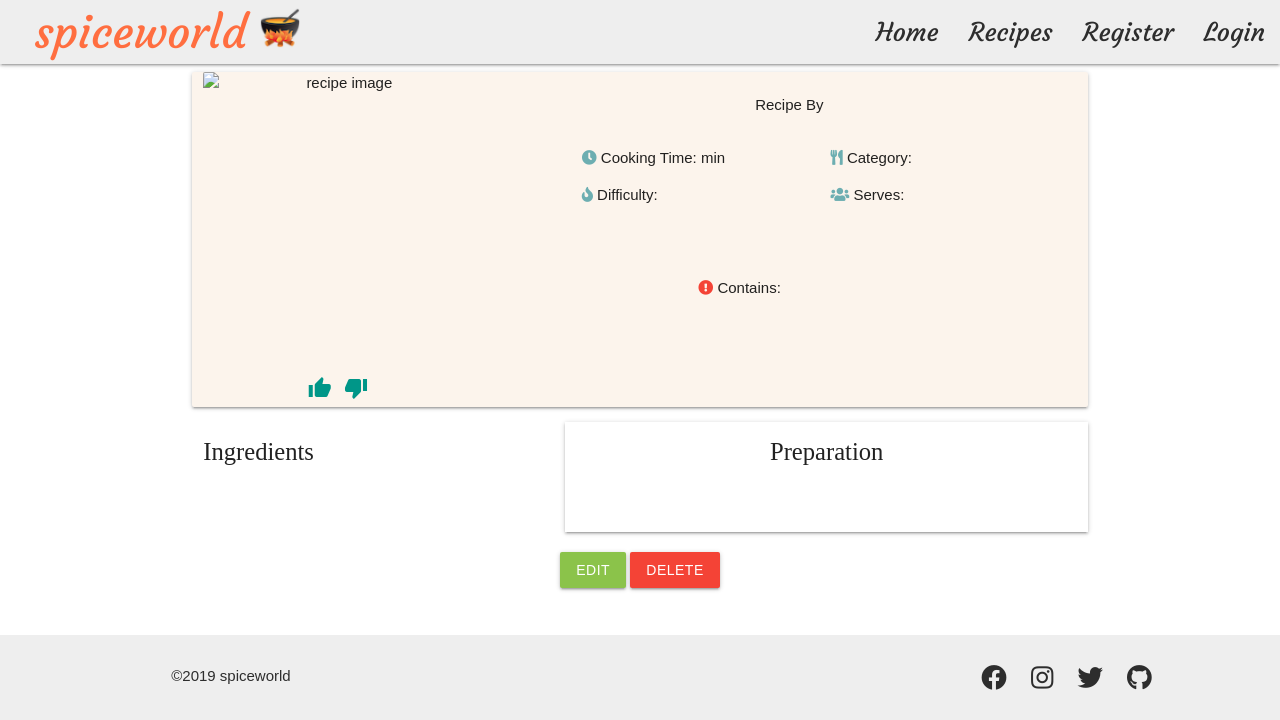
Repository: stephyraju/spiceworld
Page: templates/view.html
The author's editor kept a record of every edit. The page is drawn from the files as they stood at one moment, then again after the next edit.
The browser window is 1280 px wide. The pictures show the whole page.
Some icons come from a web library that is not loaded, so they are not drawn. Some web libraries are served in a nearby version. The page is served by the project's application, run on Flask 3 (app.py). The template is opened directly, without the code that normally fills it, so the values that code supplies are empty.

Above is the page before.

### templates/view.html
{% extends 'base.html' %} {% block content %}
<section class="view-recipe">
    <div class="container recipe-view">
        <div class="row card recipe-card">
            <div class="col s12 l4 center-align card-image">
                <img height="400" width="375" src="{{recipe.image_url}}" alt="recipe image" class="responsive-img materialboxed">
                <a href="{{ url_for('like_recipe', recipe_id=recipe._id) }}" class="like-dis">
                            {{ recipe.likes }}
                            <i class="material-icons teal-text stat-icon">thumb_up</i>
                        </a>
                <a href="{{ url_for('dislike_recipe', recipe_id=recipe._id) }}" class="like-dis">
                            {{ recipe.dislikes }}
                            <i class="material-icons teal-text stat-icon">thumb_down</i>
                   </a>
                   {% with messages = get_flashed_messages() %} {% if messages %} {% for message in messages %}
        <p class="error_message orange-text">{{ message }}</p>
        {% endfor %} {% endif %} {% endwith %}
            </div>
            <div class="col s12 l8 center-align">
                <div class="recipe-header">
                    <h4>{{recipe.recipe_name}}</h4>
                </div>
                <div class="author">
                    <p>Recipe By <span class="icon-color" style="text-transform:capitalize;">{{recipe.author}}</span></p>
                </div>
                <div class="author">
                <p><span class="icon-color">{{recipe.cuisine}}</span></p>
                 </div>
                <div class="row ">
                    <div class="col s5 offset-s1 left-align">
                        <div>
                            <p> <i class="fas fa-clock icon-color"></i> Cooking Time: <span>{{recipe.cooking_time}}</span> min
                            </p>
                        </div>

                        <div>
                            <p> <i class="fas fa-fire icon-color"> </i> Difficulty:
                                <span class="">{{recipe.difficulty}}</span>
                            </p>
                        </div>
                    </div>
                    <div class="col s5 left-align">
                        <div>
                            <p> <i class="fas fa-utensils icon-color"></i> Category: <span class="">{{recipe.category_name}}</span>
                            </p>
                        </div>
                        <div>
                            <p> <i class="fas fa-users icon-color"></i> Serves:
                                <span class="">{{recipe.serves}}</span>
                            </p>
                        </div>
                    </div>
                </div>
                <div class="row">
                    <div class="col s12 recipe-description">
                        <p><span class="">{{recipe.description}}</span>
                    </div>
                </div>
                <div class="row">
                    <div class="col s10 ">
                        <i class="fas fa-exclamation-circle red-text"></i> Contains: <span class="">{{recipe.allergens}}</span>
                    </div>
                </div>
            </div>
        </div>
    </div>
</section>
<section id="Ingredients-Preparation">
    <div class="container">
        <div class="row">
            <!-- ingredients -->
            <div class="col s12 m4 offset-s1 ingredients">
                <div class="row">
                    <div class="col s12 ingredients">
                        <h5>Ingredients</h5>
                        <br>
                        <ul>
                            {% for ingredient in recipe.ingredients %}
                            <li>
                                {{ ingredient }}
                            </li>

                            {% endfor %}
                        </ul>
                    </div>
                </div>
            </div>
            <!-- Preparation -->
            <div class="col s12 offset-m1  m7 preparation z-depth-1">
                <div class="row">
                    <div class="col s12">
                        <h5 class="center">Preparation</h5>
                        <br>
                        <ol>
                            {% for preparation in recipe.preparation %}
                            <li>
                                {{ preparation }}
                            </li>
                            {% endfor %}
                        </ol>
                    </div>
                </div>
            </div>
        </div>
    </div>
    </div>
    </div>
</section>
<section>
    <div class="row center container">
        {% if session['username'] == recipe.author %}
        <a href="{{ url_for('edit_recipe',recipe_id=recipe._id) }}" class="waves-effect waves-light btn light-green">Edit</a>
        <a href="#delete_recipe" class="waves-effect waves-light btn red modal-trigger">DELETE</a>
        <div id="delete_recipe" class="modal">
            <div class="modal-content center-align">
                <h5>Do you want to delete this recipe?</h5>
                <a href="{{ url_for('delete_recipe', recipe_id = recipe._id) }}" class="btn btn red modal-close">Delete</a>
                <a href="#" class="btn btn black modal-close">Cancel</a>
            </div>
        </div>
        {% else %}
        <a class="btn grey darken-2 tooltipped" data-position="bottom" data-tooltip="You can only edit your own recipe">EDIT</a>
        <a class="btn grey darken-2 tooltipped" data-position="bottom" data-tooltip="You can only delete your own recipe">DELETE</a> {% endif %}
    </div>
</section>
{% endblock %}
<!--   <div class="row center container">
      <a href="{{ url_for('edit_recipe',recipe_id=recipe._id) }}"class="waves-effect waves-light btn light-green">Edit</a>

        <a href="{{ url_for('delete_recipe',recipe_id=recipe._id) }}"class="waves-effect waves-light btn light-green">Delete</a>
        <a class="waves-effect waves-light btn right red"> <i class="fa fa-thumbs-up"></i></a>
    </div>
     -->

<!--{% if session['username'] == recipe.username %}
    <div class="row center container">
        <a href="{{ url_for('edit_recipe',recipe_id=recipe._id) }}"class="waves-effect waves-light btn light-green">Edit</a>
        <a href="{{ url_for('delete_recipe', recipe_id = recipe._id) }}" class="btn btn red modal-close">Delete</a>
        <div class="center">
               <div id="delete_recipe" class="modal">
             <div class="modal-content center-align">
            <h4>CONFIRM DELETE</h4>
            <a href="{{ url_for('delete_recipe', recipe_id = recipe._id) }}" class="btn btn--red modal-close">Delete</a>
            <a href="#" class="btn btn black modal-close">Cancel</a>
        </div>
        {% endif %}
        <a class="waves-effect waves-light btn right red"> <i class="fa fa-thumbs-up"></i></a>
    </div>
</section>
__>
{% if recipe.author == username %}
    <div class="row center container">
        <a href="{{ url_for('edit_recipe',recipe_id=recipe._id) }}"class="waves-effect waves-light btn light-green">Edit</a>
        <a href="{{ url_for('delete_recipe', recipe_id = recipe._id) }}" class="btn btn red modal-close">Delete</a>
        <div class="center">
               <div id="delete_recipe" class="modal">
             <div class="modal-content center-align">
            <h4>CONFIRM DELETE</h4>
            <a href="{{ url_for('delete_recipe', recipe_id = recipe._id) }}" class="btn btn--red modal-close">Delete</a>
            <a href="#" class="btn btn black modal-close">Cancel</a>
        </div>
        {% endif %}
        <a class="waves-effect waves-light btn right red"> <i class="fa fa-thumbs-up"></i></a>
    </div>

### templates/base.html
<!DOCTYPE html>
<html lang="en">

<head>
  <meta charset="UTF-8">
  <meta name="viewport" content="width=device-width, initial-scale=1.0">
  <meta http-equiv="X-UA-Compatible" content="ie=edge">
  <title>spiceworld</title>

  <!--Import Google Icon Font-->
  <link href="https://fonts.googleapis.com/icon?family=Material+Icons" rel="stylesheet">
  <!--Font Awesome-->
  <link rel="stylesheet" href="https://use.fontawesome.com/releases/v5.8.2/css/all.css" integrity="sha384-oS3vJWv+0UjzBfQzYUhtDYW+Pj2yciDJxpsK1OYPAYjqT085Qq/1cq5FLXAZQ7Ay" crossorigin="anonymous">
  <!--Materialize CSS-->
  <link rel="stylesheet" href="https://cdnjs.cloudflare.com/ajax/libs/materialize/1.0.0/css/materialize.min.css">
   <!--Favicon-->
  <link rel="icon" sizes="192x192"  href="{{ url_for('static', filename='images/favicon.png') }}"type="image/x-icon">
  <!--CSS-->
  <link rel="stylesheet" href="{{ url_for('static', filename='css/style.css')}}" type="text/css" />

</head>

<body>

  <!--Header-->
  <header class="navbar-fixed">
    <nav>
      <div class="nav-wrapper grey lighten-3">
        <a href="#" class="brand-logo">spiceworld <img class="hide-on-med-and-down" src="{{ url_for('static', filename='images/logo.png') }}"></a>
        <a href="#" data-target="mobile-sidenav" class="sidenav-trigger"><i class="fas fa-bars"></i></a>
        <ul id="nav-mobile" class="right hide-on-med-and-down">
        {% if 'username' in session %}
          <li><a href="{{ url_for('index') }}">Home</a></li>
          <li><a href="{{ url_for('get_recipes') }}">Recipes</a></li>
          <li><a href="{{ url_for('add_recipe') }}">Add Recipes</a></li>
          <li><a href="{{ url_for('account', account_name = session.username) }}">My Account</a></li>
          <li><a href="{{url_for('logout')}}">Logout</a></li>
          {% else %}
          <li><a href="{{ url_for('index') }}">Home</a></li>
          <li><a href="{{ url_for('get_recipes') }}">Recipes</a></li>
           <li><a href="{{url_for('register')}}">Register</a></li>
          <li><a href="{{url_for('login')}}">Login</a></li>
          {% endif %}
        </ul>
      </div>
    </nav>
  </header>
  <!--Sidenav-->
  <ul class="sidenav" id="mobile-sidenav">
    <img class="responsive-img" src="{{ url_for('static', filename='images/sidenav.png') }}" alt="spices-image">

          {% if 'username' in session %}
          <li><a href="{{ url_for('index') }}"><i class="material-icons">home</i>Home</a></li>
          <li><a href="{{ url_for('get_recipes') }}"><i class="material-icons">search</i>Recipes</a></li>
          <li><a href="{{ url_for('add_recipe') }}"><i class="material-icons">add_box</i>Add Recipes</a></li>
          <li><a href="{{url_for('logout')}}"><i class="material-icons">person_outline</i>Logout</a></li>
          {% else %}
          <li><a href="{{ url_for('index') }}"><i class="material-icons">home</i>Home</a></li>
          <li><a href="{{ url_for('get_recipes') }}"><i class="material-icons">search</i>Recipes</a></li>
          <li><a href="{{url_for('register')}}"><i class="material-icons">person_add</i>Register</a></li>
          <li><a href="{{url_for('login')}}"><i class="material-icons">account_box</i>Login</a></li>
          {% endif %}
  </ul>

  <main>
    {% block content %}
    {% endblock %}
  </main>

  <footer class="page-footer grey lighten-3">

     <div class="row footer-content">
        <div class="col s5 m6">
          <div class="copyright">&copy;2019 spiceworld</div>
        </div>
        <div class="col s7 m3">
                    <a href="https://www.facebook.com/" target="_blank"><i class="fab fa-facebook social-icon"></i></a>
                    <a href="https://www.instagram.com/" target="_blank"><i class="fab fa-instagram social-icon"></i></a>
                    <a href="https://www.twitter.com/" target="_blank"><i class="fab fa-twitter social-icon"></i></a>
                    <a href="https://github.com/stephyraju" target="_blank"><i class="fab fa-github social-icon"></i></a>
        </div>

      </div>

  </footer>

  <script src="https://code.jquery.com/jquery-3.4.0.slim.js" integrity="sha256-milezx5lakrZu0OP9b2QWFy1ft/UEUK6NH1Jqz8hUhQ=" crossorigin="anonymous"></script>
  <script src="https://cdnjs.cloudflare.com/ajax/libs/materialize/1.0.0/js/materialize.min.js"></script>
  <script src="{{ url_for('static', filename='js/main.js') }}"></script>
</body>

</html>

### static/css/style.css
@import url('https://fonts.googleapis.com/css?family=Courgette&display=swap');

body {
  font-family: 'ProximaNova Regular', sans-serif;
  display: flex;
  flex-direction: column;
  min-height: 100vh;
  overflow-x: hidden;
}
main {
    flex: 1 0 auto;
  }

.section-container {
  max-width: 100%;
  margin-left: auto;
  margin-right: auto;
  padding-left: 15px;
  padding-right: 15px;
  border-radius: 5px;
}

/* -------- Nav Bar ----------*/

nav {
  font-family: 'Courgette', 'sans-serif';
}

nav .brand-logo {
  color: #ff6e40;
  font-size: 3rem;
  font-family: 'Courgette', 'cursive', 'sans-serif';
  -webkit-transition: 0.2s;
  -o-transition: 0.2s;
  transition: 0.2s;
}

@media screen and (min-width: 993px) {
  nav .brand-logo {
    margin-left: 2.3rem;
  }
}

nav ul a {
  color: #2d2d2d;
  font-size: 1.7rem;
  font-family: 'Courgette', 'sans-serif';
}

nav ul a:hover,
nav ul .active {
  color: #76c14f;
}

.fa-bars {
  color: #ff6e40;
}

h4,
h5 {
  font-family: 'Muli', 'sans-serif';
}

/*--------Title----------*/

.title-container {
  position: relative;
  text-align: center;
  color: white;
  width: 100%;
  margin-top: 20px;
}

.title-container img {
  display: block;
  width: 100%;
  height: 35vh;
  object-fit: cover;
  border-radius: 5px;
}

.intro-content {
  position: absolute;
  top: 40%;
  left: 70%;
  transform: translate(-50%, -50%);
}

/*--------Subnav-Category---------*/

.category-container {
  font-size: 1.2rem;
  margin-top: 20px;
  height: 150px;
}

.subnav-img {
  border-radius: 50%;
  width: 100px;
  height: 100px;
  padding-top: 7px;
  padding-left: 5px;
  padding-right: 5px;
}

.category-container .menu-list {
  display: flex;
  justify-content: space-between;
}

.category-container nav ul a {
  color: #2d2d2d;
  font-size: 1.1rem;
  font-family: 'Muli', 'sans-serif';
}

.menu-list {
  overflow-y: scroll;
}

@media only screen and (min-width: 601px) {
  .catergory-container nav,
  nav .nav-wrapper i {
    height: 164px;
    line-height: 25px;
  }
}

@media only screen and (min-width:320px) {
  .category-container nav,
  nav .nav-wrapper i{
    height: 175px;
    line-height: 25px;
  }
}
/*-----carousel slider----- */

.carousel-display h4 {
  padding-top: 40px;
}

.carousel .carousel-item {
  width: 300px;
  height: 350px;
}

.img-carousel {
  width: 200px;
  box-shadow: 2px 2px 12px #3f1e09;
}

.carousel .recipe-name {
  visibility: hidden;
}

.carousel .active .recipe-name {
  visibility: visible;
}

/*--------Description---------*/
.cells {
  padding-top:30px;
}
.cells h4 {
  font-family: 'Muli', 'sans-serif';
}

.cells h5 {
  color: #76c14f;
  font-size: 1.5rem;
  font-family: 'Courgette', sans-serif;
}

p {
  padding-left: 30px;
  padding-right: 30px;
}

.content {
  margin-top: 20px;
  margin-bottom: 20px;
}


/*--------Recipes---------*/

.recipe-card .card .card-image img {
  display: block;
  position: relative;
  width: 100%;
  height: 200px;
}

.recipe-card .card-content {
  height: 150px;
}

.card-label {
  position: absolute;
  font-size: 0.8rem;
  top:10px;
  right: 10px;
  margin-top: 7px;
  padding: 2px 8px;
  border: 1px;
  color: white !important;
  background-color: #00528b;
  text-transform: uppercase;
  z-index: 1;
}
.cat-name{
   display: block;
}
/*--------View Recipe---------*/

.icon-color {
  color: rgb(109, 174, 177);
}

.recipe-view .card {
  background-color: #fcf4ec;
}

.preparation ol li {
  padding: 0px 15px 15px 15px;
}

.ingredients ul li {
  padding: 0px 15px 15px 15px;
  list-style-type: square;
}
.like-dis {
  display: inline-flex;
  align-items: center;
  color: #000000;
  padding-right: .5rem;
}
.stat-icon {
  padding-left: .5px;
  padding-top:10px;
}


/*--------Footer---------*/

.page-footer i {
  color: #2d2d2d;
}

.page-footer i:hover {
  color: #ff6e40;
}

.page-footer {
  min-height: 45px;
}

.footer-content {
  display: flex;
  color: #2d2d2d;
}

.copyright {
  padding-top: 10px;
}

.social-icon {
  margin: 10px;
  color: white;
  font-size: 1.7rem;
}

Loaded but not shown: static/js/main.js (47 lines, source omitted); app.py (287 lines, source omitted)

After the next edit:
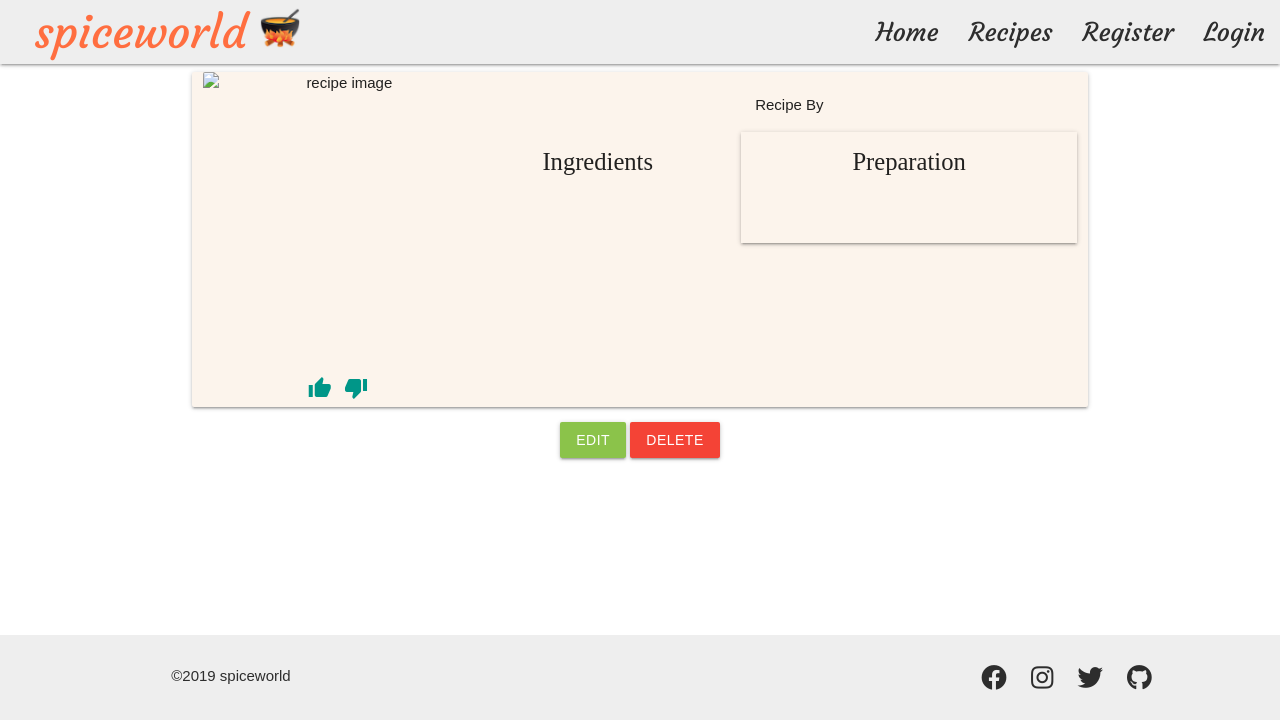
The edit:
--- a/templates/view.html
+++ b/templates/view.html
@@ -23,7 +23,8 @@
                 <div class="author">
                     <p>Recipe By <span class="icon-color" style="text-transform:capitalize;">{{recipe.author}}</span></p>
                 </div>
-                <div class="author">
+                <!--
+                <div class="cuisine">
                 <p><span class="icon-color">{{recipe.cuisine}}</span></p>
                  </div>
                 <div class="row ">

After the edit that followed:
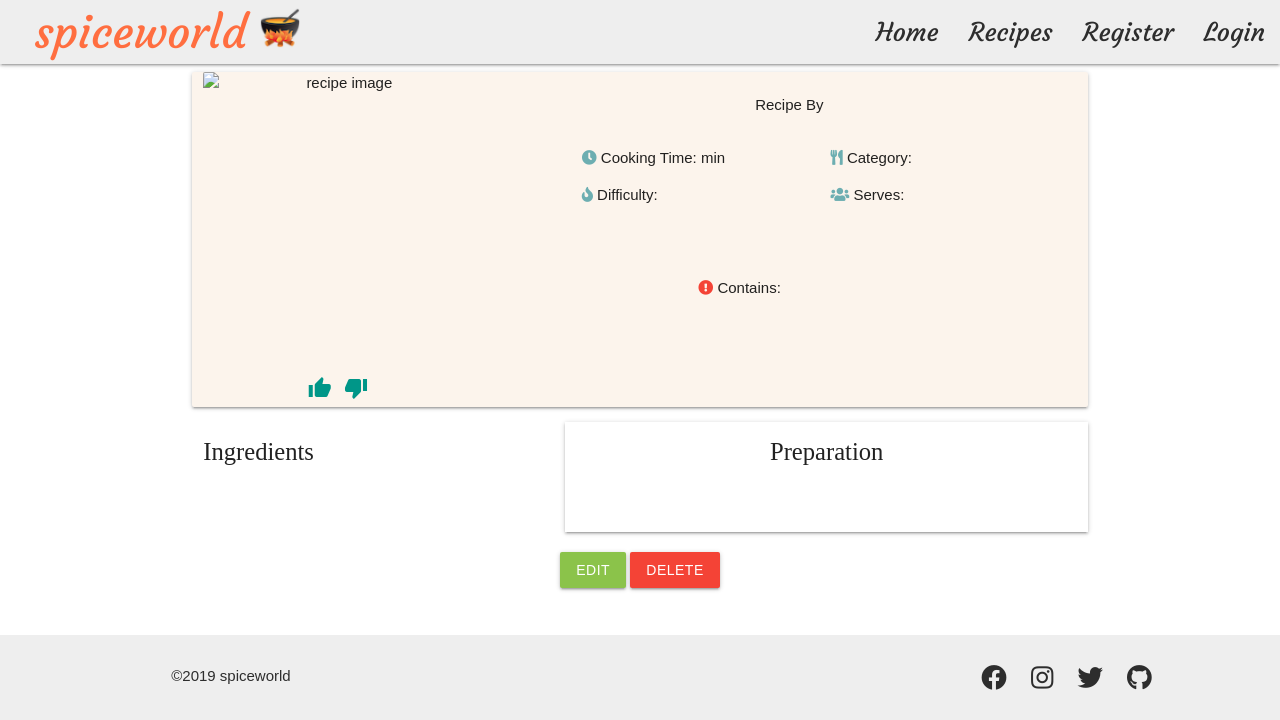
The edit:
--- a/templates/view.html
+++ b/templates/view.html
@@ -27,6 +27,7 @@
                 <div class="cuisine">
                 <p><span class="icon-color">{{recipe.cuisine}}</span></p>
                  </div>
+                 -->
                 <div class="row ">
                     <div class="col s5 offset-s1 left-align">
                         <div>
